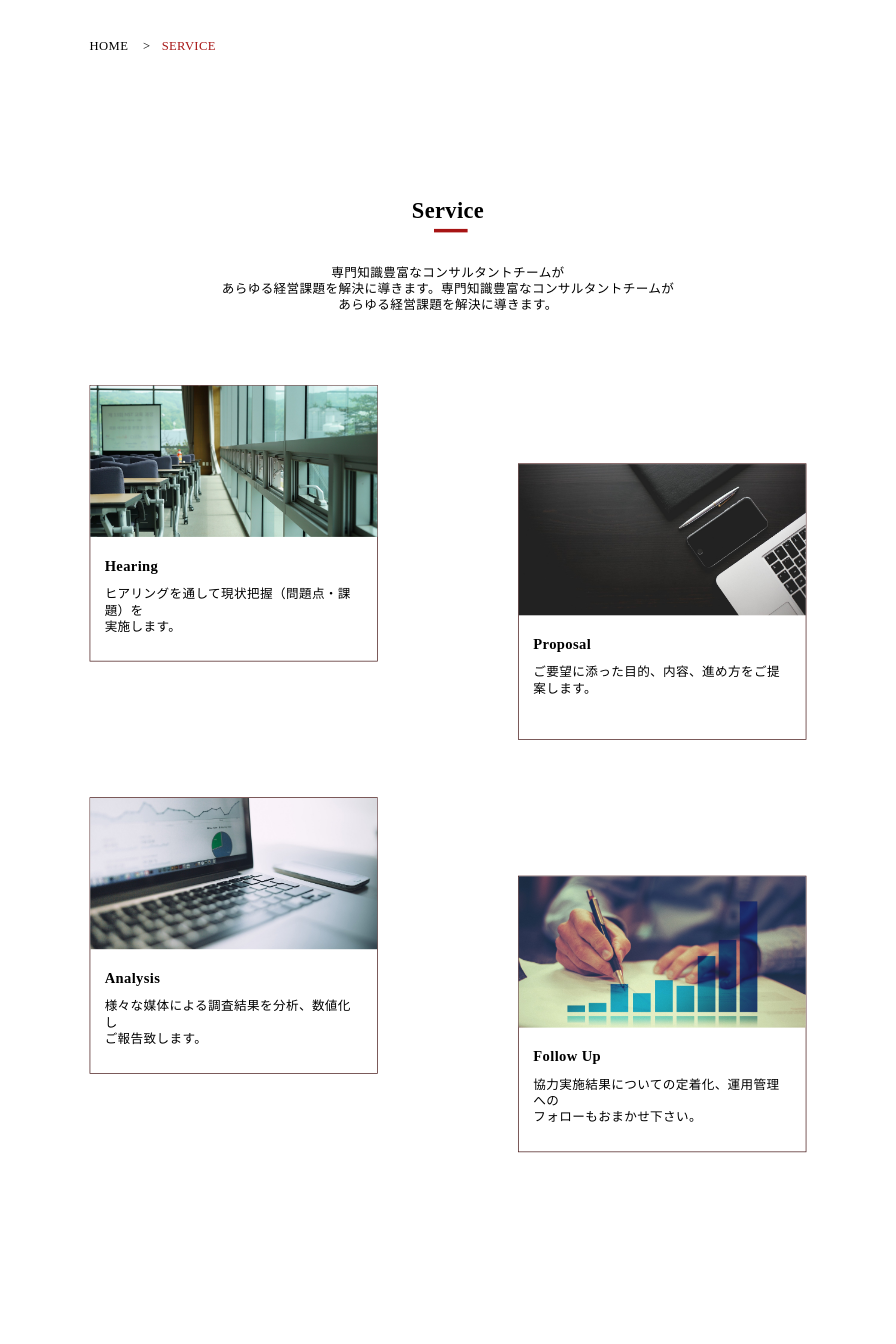
Repository: nozomi-23/hp2_test
Page: html/service.html
An editor plug-in stored every save of this project. The page is shown before and after the next save, followed by the edit.
The browser window is 1280 px wide. The pictures show the part of the page from y = 790 to 2710 px (the page is 2710 px tall before and 2645 px after), at 70% of full size.
Some web fonts or font styles are not loaded; a fallback is used. Some web libraries are served in a nearby version.

Above is the page before, as saved 2022-06-26 07:50:33.

### html/service.html
<!DOCTYPE html>
<html lang="ja">

<head>
  <meta charset="UTF-8">
  <title>コンサル事業 N.Company</title>
  <meta name="description" content="専門知識豊富なコンサルタントチームがあらゆる経営課題を解決に導きます。">
  <meta name="keywords" content="コンサル,経営改善,サポート">
  <meta name="viewport" content="width=device-width, initial-scale=1.0">
  <meta property="og:title" content="コンサル事業 N.Company">
  <meta property="og:type" content="article">
  <meta property="og:url" content="https://withcode-plus.tech">
  <meta property="og:image" content="img/logo.png">
  <meta property="og:description" content="専門知識豊富なコンサルタントチームがあらゆる経営課題を解決に導きます。">
  <meta property="og:site_name" content="コンサル事業">
  <link rel="icon" href="favicon.ico">
  <link rel="apple-touch-icon" sizes="180x180" href="img/logo.png">
  <link rel="preconnect" href="https://fonts.googleapis.com">
  <link rel="preconnect" href="https://fonts.gstatic.com" crossorigin>
  <link rel="preconnect" href="https://fonts.googleapis.com">
  <link rel="preconnect" href="https://fonts.gstatic.com" crossorigin>
  <link rel="preconnect" href="https://fonts.googleapis.com">
  <link rel="preconnect" href="https://fonts.gstatic.com" crossorigin>
  <link href="https://fonts.googleapis.com/css2?family=Bitter:wght@300;400&display=swap" rel="stylesheet">
  <link href="https://fonts.googleapis.com/css2?family=Noto+Serif+JP:wght@400;500;700&display=swap" rel="stylesheet">
  <script src="https://kit.fontawesome.com/b17c2acbc6.js" crossorigin="anonymous"></script>
  <link rel="stylesheet" type="text/css" href="../css/reset.css">
  <link rel="stylesheet" type="text/css" href="../css/common1.css">
  <link rel="stylesheet" type="text/css" href="../css/common2.css">
  <link rel="stylesheet" type="text/css" href="../css/service.css">
</head>

<body>
  <!-- ======== header ===== -->
  <header>
    <div class="header_inner">
      <h1 class="header_logo">
        <a href="../index.html"><img src="../img/logo.png" alt="ロゴ画像"></a>
      </h1>
      <nav class="header_nav">
        <ul>
          <li>
            <a href="#">SERVICE</a>
          </li>
          <li>
            <a href="../html/about.html">ABOUT</a>
          </li>
          <li>
            <a href="../html/news.html">NEWS</a>
          </li>
          <li>
            <a href="../html/contact.html">CONTACT</a>
          </li>
        </ul>
      </nav>
    </div>
    <div class="drawer"></div>
  </header>

  <!-- ======== fv ===== -->

  <section class="service_fv">
    <div class="service_fv_wrapper">
      <div class="service_fv_img">
        <img src="../img/service_main.png" alt="メイン画像">
      </div>
      <div class="fv_txt_wrapper_2">
        <span class="top_arrow_txt">SCROLL</span>
      </div>
      <div class="fv_ttl_wrapper">
        <h2 class="service_fv_ttl">SERVICE</h2>
      </div>
    </div>
  </section>

  <!-- ======== パンくずリスト ===== -->

  <section class="breadcrumb section">
    <div class="inner">
      <ul class="breadcrumb_list">
        <li class="breadcrumb_item">
          <a href="../index.html"><span>HOME</span></a>
        </li>
        <li class="breadcrumb_item">
          <a href="../index.html"><span class="color">SERVICE</span></a>
        </li>
      </ul>
    </div>
  </section>

  <!-- ======== service_intro ===== -->

  <section class="service_intro section">
    <div class="inner">
      <div class="service_tex">
        <h3 class="section_ttl">Service</h3>
        <p class="service_txt">専門知識豊富なコンサルタントチームが<br>
          あらゆる経営課題を解決に導きます。専門知識豊富なコンサルタントチームが<br>あらゆる経営課題を解決に導きます。</p>
      </div>
      <div class="service_intro_all">
        <ul class="intro_list">
          <li class="intro_item">
            <div class="intro_item_img">
              <img src="../img/hearing.png" alt="hearing画像">
            </div>
            <div class="intro_item_txt intro_item_1">
              <p class="intro_txt_ttl">Hearing</p>
              <p class="intro_txt_txt">ヒアリングを通して現状把握（問題点・課題）を<br>実施します。</p>
            </div>
          </li>
          <li class="intro_item intro_item_2">
            <div class="intro_item_img">
              <img src="../img/proposal.png" alt="proposal画像">
            </div>
            <div class="intro_item_txt">
              <p class="intro_txt_ttl">Proposal</p>
              <p class="intro_txt_txt">ご要望に添った目的、内容、進め方をご提案します。</p>
            </div>
          </li>
          <li class="intro_item intro_item_3">
            <div class="intro_item_img">
              <img src="../img/analysis.png" alt="analysis画像">
            </div>
            <div class="intro_item_txt">
              <p class="intro_txt_ttl">Analysis</p>
              <p class="intro_txt_txt">様々な媒体による調査結果を分析、数値化し<br>ご報告致します。</p>
            </div>
          </li>
          <li class="intro_item intro_item_4">
            <div class="intro_item_img">
              <img src="../img/followup.png" alt="followup画像">
            </div>
            <div class="intro_item_txt">
              <p class="intro_txt_ttl">Follow Up</p>
              <p class="intro_txt_txt">協力実施結果についての定着化、運用管理への<br>フォローもおまかせ下さい。</p>
            </div>
          </li>
        </ul>
      </div>
      </div>
    </div>
  </section>
</body>
<script src="https://ajax.googleapis.com/ajax/libs/jquery/3.5.1/jquery.min.js"></script>
<script type="text/javascript" src="js/common.js"></script>

</html>

### css/reset.css
@charset "UTF-8";

html,
body,
div,
span,
object,
iframe,
h1,
h2,
h3,
h4,
h5,
h6,
p,
blockquote,
pre,
abbr,
address,
cite,
code,
del,
dfn,
em,
img,
ins,
kbd,
q,
samp,
small,
strong,
sub,
sup,
var,
b,
i,
dl,
dt,
dd,
ol,
ul,
li,
fieldset,
form,
label,
legend,
table,
caption,
tbody,
tfoot,
thead,
tr,
th,
td,
article,
aside,
canvas,
details,
figcaption,
figure,
footer,
header,
hgroup,
menu,
nav,
section,
summary,
time,
mark,
audio,
video {
  margin: 0;
  padding: 0;
  border: 0;
  outline: 0;
  font-size: 100%;
  vertical-align: baseline;
  background: transparent;
}

body {
  line-height: 1;
}

article,
aside,
details,
figcaption,
figure,
footer,
header,
hgroup,
menu,
nav,
section {
  display: block;
}

nav ul {
  list-style: none;
}

blockquote,
q {
  quotes: none;
}

blockquote:before,
blockquote:after,
q:before,
q:after {
  content: '';
  content: none;
}

a {
  margin: 0;
  padding: 0;
  font-size: 100%;
  vertical-align: baseline;
  background: transparent;
}

/* change colours to suit your needs */
ins {
  background-color: #ff9;
  color: #000;
  text-decoration: none;
}

/* change colours to suit your needs */
mark {
  background-color: #ff9;
  color: #000;
  font-style: italic;
  font-weight: bold;
}

del {
  text-decoration: line-through;
}

abbr[title],
dfn[title] {
  border-bottom: 1px dotted;
  cursor: help;
}

table {
  border-collapse: collapse;
  border-spacing: 0;
}

/* change border colour to suit your needs */
hr {
  display: block;
  height: 1px;
  border: 0;
  border-top: 1px solid #cccccc;
  margin: 1em 0;
  padding: 0;
}

input,
select {
  vertical-align: middle;
}

### css/common1.css
@charset "UTF-8";

body {
  font-size: 18px;
  color: #000;
  letter-spacing: 0.03em;
  font-family: 'Noto Serif JP', serif;
  line-height: 1.3;
}
li {
  list-style: none;
}
a {
  text-decoration: none;
  cursor: pointer;
  color: #000;
}
/* =====================
共通レイアウト
========================*/

.section {
  margin: 15% 0;
  position: relative;
}

.inner {
  width: 80%;
  height: auto;
  margin: 0 auto;
  /* background-color: aqua; */
}

/* =====================
共通パーツ
========================*/

.section_ttl {
  position: relative;
  font-size: 2rem;
  font-weight: bold;
  display: inline-block;
  margin-bottom: 4.5%;
  padding: 1%;
}

.section_ttl::after {
  content: "";
  position: absolute;
  bottom: 0;
  left: 34%;
  display: inline-block;
  width: 3rem;
  border-bottom: 5px solid #A71414;
}

.btn {
  width: 25%;
  margin: 0 auto;
}

.btn a {
  text-align: center;
  color: #fff;
  background: #210E0E;
  font-weight: bold;
  line-height: 4;
  display: block;
  width: 100%;
  height: 100%;
  cursor: pointer;
  transition: all 0.5s;
}

.btn a:hover {
  opacity: 0.8;
  transition: all 0.5s;
}
/* =====================
header
========================*/
header {
  background: #000;
}

.header_inner {
  display: flex;
  justify-content: space-between;
  align-items: center;
  padding: 0.7%;
}

.header_logo {
  width: 20%;
}
.header_logo img {
  width: 100%;
  height: 100%;
}

.header_nav {
  width: 60%;
  height: auto;
}

.header_nav ul {
  display: flex;
  align-items: center;
}

.header_nav ul li {
  padding: 1.5% 6%;
  border-left: solid 1px #fff;
}

.header_nav ul li:last-child {
  border-right: solid 1px #fff;
}

.header_nav ul li a {
  display: block;
  color: #fff;
  font-weight: bold;
}

.header_nav ul li a:hover {
  color: #AB9999;
}

header .drawer {
  visibility: hidden;
}

/* =====================
footer
========================*/

footer {
  background: #000;
  padding: 2%;
  text-align: center;
}

.footer_logo {
  margin: 0 auto;
  width: 15%;
  height: auto;
}

.footer_logo img {
  width: 100%;
  height: 100%;
}

.footer_list {
  width: 70%;
  height: auto;
  display: flex;
  justify-content: center;
  align-items: center;
  margin: 3.5% auto;
}

.footer_list li {
  padding: 1% 6%;
  border-left: solid 1px #fff;
}

.footer_list li:last-child {
  border-right: solid 1px #fff;
}

.footer_list li a {
  color: #fff;
  font-size: 0.95rem;
}

.footer_list li a:hover {
  color: #AB9999;
}

.footer_sns {
  display: flex;
  align-items: center;
  justify-content: center;
  margin: 3% 0;
}

.sns_icon.sns_icon1 {
  margin-right: 2.5%;
}

.sns_icon.sns_icon1,
.sns_icon.sns_icon2 {
  font-size: 2.25rem;
}
.sns_icon a {
  color: #fff;
}

.sns_icon {
  transition: 0.2s;
}

.sns_icon:hover {
  transition: 0.2s;
  transform: translateY(-5px);
}


footer small {
  color: #fff;
  font-size: 0.8rem;
  display: block;
  margin: 1.5% 0;
}

### css/common2.css
@charset "UTF-8";

/* =====================
fv
========================*/
.service_fv_wrapper {
  display: flex;
  position: relative;
}

.service_fv_img {
  position: absolute;
  z-index: 1;
  top: 4%;
  left: 0;
}

.service_fv_img img {
  width: 100%;
  height: 100%;
}

.fv_txt_wrapper_2 {
  position: relative;
  width: 30%;
  height: 80vh;
}

.fv_ttl_wrapper {
  width: 70%;
  height: 80vh;
  background: #210E0E;
  align-items: center;
  display: flex;

}

.service_fv_ttl {
  color: #fff;
  font-weight: bold;
  font-size: 4.2rem;
  margin-left: auto;
  padding-right: 0.5em;
  z-index: 3;
}

.top_arrow_txt {
  position: absolute;
  bottom: 4%;
  left: 45%;
  transform: rotate(270deg);
  font-weight: bold;
  font-size: 0.95rem;
  z-index: 3;
}

.top_arrow_txt::after {
  content: "";
  width: 60px;
  border-bottom: solid 1px;
  display: inline-block;
  position: absolute;
  bottom: 40%;
  left: 120%;
}

/* =====================
パンくずリスト
========================*/
.breadcrumb_list {
  display: flex;
}

.breadcrumb_item::after {
  content: ">";
  padding: 0 1rem;
}

.breadcrumb_item:last-child::after {
  content: "";
}

.breadcrumb_item .color {
  color: #A71414;
}

### css/service.css
@charset "UTF-8";


/* =====================
service_intro
========================*/
.service_tex {
  text-align: center;
}

.service_intro_all {
  margin: 10% 0;
}

.service_txt {
  width: 70%;
  height: auto;
  margin: 0 auto;
  text-align: center;
}

.intro_list {
  display: flex;
  justify-content: space-between;
  flex-wrap: wrap;
}

.intro_item {
  width: 40%;
  height: auto;
  margin-bottom: 19%;
  border: solid 1px #441414;
}


.intro_item_img img {
  width: 100%;
  height: 30vh;
  object-fit: cover;
}

.intro_item_txt {
  padding: 5%;}

.intro_txt_ttl {
  font-weight: bold;
  margin-bottom: 1rem;
  font-size: 1.3rem;
}

.intro_txt_txt {
  position: relative;
  padding-bottom: 1rem;
  fz
}

.intro_item.intro_item_2 {
  position: relative;
  top: 7rem;
}

.intro_item.intro_item_4 {
  position: relative;
  top: 7rem;
}

Loaded but not shown: js/common.js (no copy from this time; the picture is the same without it)

After the next save:
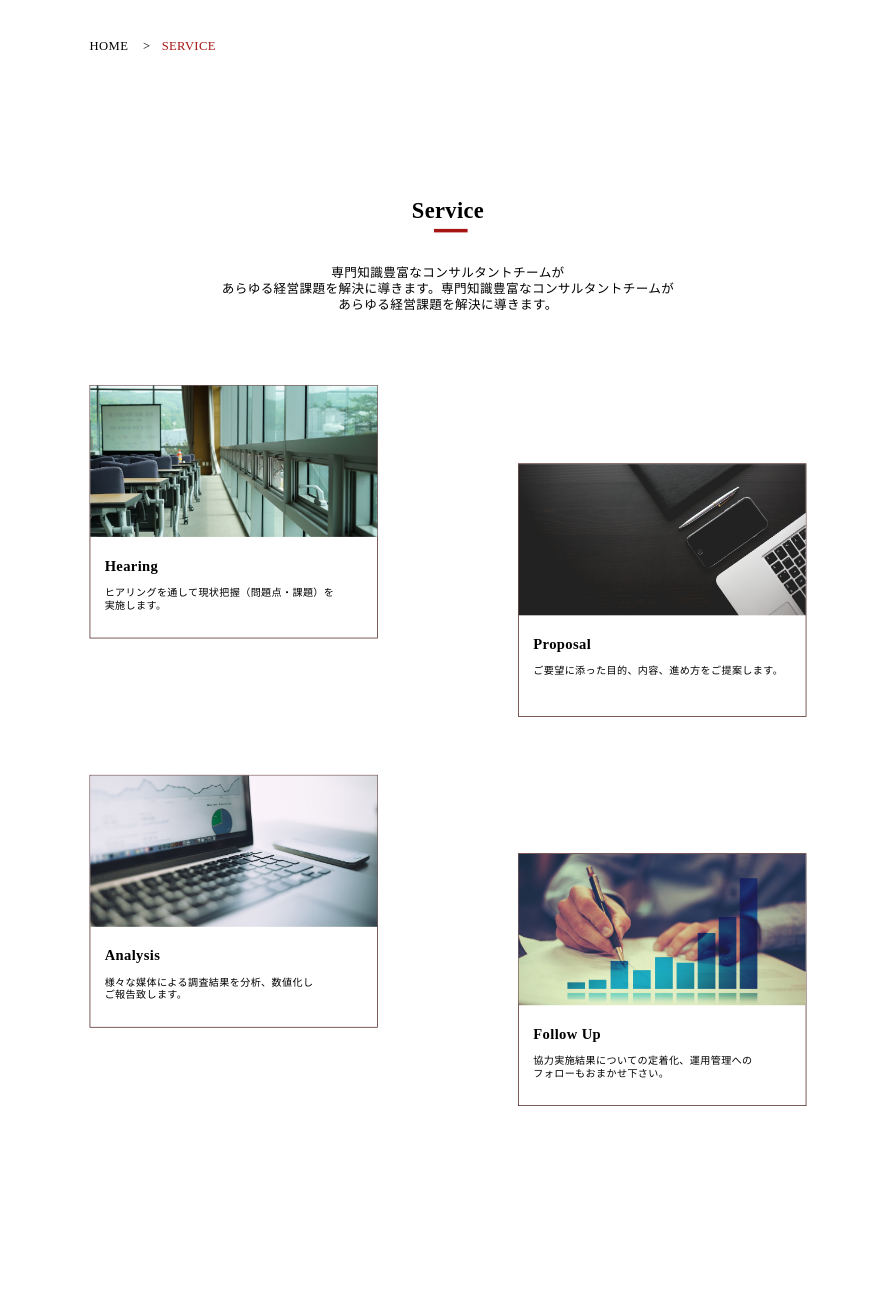
Saved 4 s later.
--- a/css/service.css
+++ b/css/service.css
@@ -51,7 +51,7 @@ service_intro
 .intro_txt_txt {
   position: relative;
   padding-bottom: 1rem;
-  fz
+  font-size: 0.9rem;
 }
 
 .intro_item.intro_item_2 {
